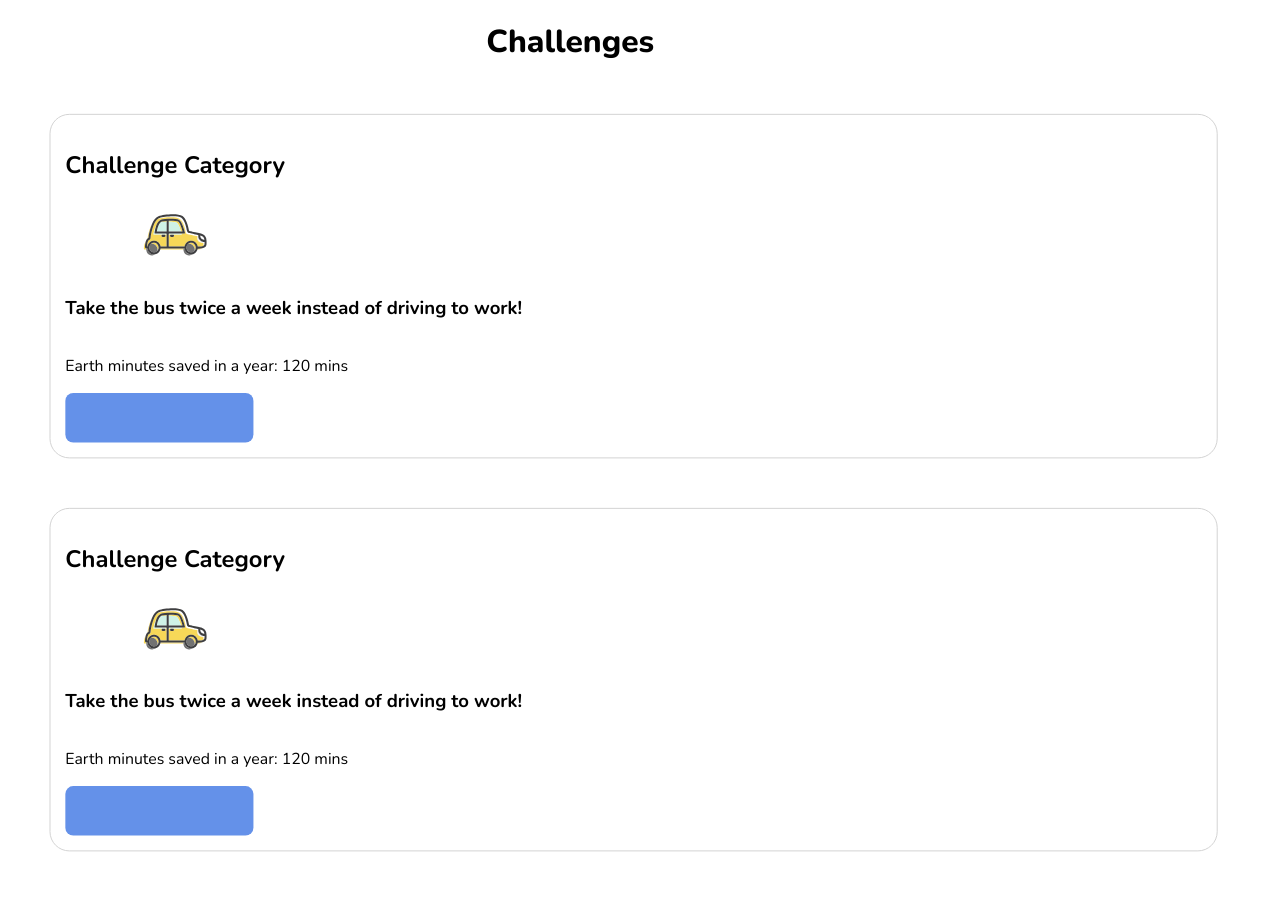
Repository: cho196/Timearth
Page: /challenges
These files come from the project's save history. The page is drawn as it stood at one moment and after the next save; the edit follows.
The browser window is 1280 px wide. The pictures show the whole page, at 99% of full size.
The project was rebuilt for these pictures with package versions that can differ from the ones it lists, and the page was loaded fresh each time. The framework's server and built-in components were replaced by stand-ins that run in the browser. Also part of the build but not shown: next.config.js.

Above is the page before, as saved 2022-04-11 14:44:34.

### pages/challenges.js
import ChallengeCont from "../comps/Challenge_cont";

export default function Challenges() {
    return <div>
        <h1>Challenges</h1>
        <ChallengeCont></ChallengeCont>
        <ChallengeCont></ChallengeCont>
        </div>
}

### styles/globals.css
@import url('https://fonts.googleapis.com/css2?family=Nunito:wght@400;500;600;700;800&display=swap');

html,
body {
  padding: 0;
  margin: 0;
  font-family: 'Nunito', sans-serif;
  text-align: center;
}

a {
  color: inherit;
  text-decoration: none;
}

* {
  box-sizing: border-box;
}

h1 {
    font-weight: 800;
    font-size: 32px;
    line-height: 44px;
    width: 90%;
}

h4 {
    font-weight: 400;
    font-size: 18px;
    line-height: 25px;
    margin-top: 0;
    width: 90%;
}

button {
    font-family: 'Nunito', sans-serif;
    border: none;
    font-style: normal;
    cursor: pointer;
}

.logomark {
    width: 12em;
    height: 12em;
    margin-top: 2em;
}

.background-shape {
    position: absolute;
    bottom: 0;
    height: 30%;
    width: 100%;
    border-radius: 50% 50% 0 0;
    background-color: #6B97ED;
    z-index: -1;
}

.section-selection {
    display: flex;
    flex-wrap: wrap;
    justify-content: center;
}

@media only screen and (max-width: 600px) and (max-height: 750px){
    .logomark {
        width: 10em;
        height: 10em;
        margin-top: 0.5em;
    }

    h1 {
        font-size: 24px;
    }

    h4 {
        font-size: 16px;
    }

}

### comps/Challenge_cont.js
import { useRouter } from "next/router";
import styled from 'styled-components';
import { cat1, cat2, cat3, cat4, cat5, cat6 } from "../data/intro_content";
import { SecondaryButton } from "./Button";


const Challenge_cont = styled.div`
border:1px solid lightgrey;
border-radius:20px;
display:flex;
flex-direction:column;
align-items:flex-start;
margin:50px;
padding:15px;
`


export default function ChallengeCont() {
    return <Challenge_cont>
        <div class="row">
        <h2>Challenge Category</h2>
        <img src={cat1.img} />
        </div>
        <h3>Take the bus twice a week instead of driving to work!</h3>
        <p>Earth minutes saved in a year: 120 mins</p>
        <SecondaryButton></SecondaryButton>
    </Challenge_cont>
}

### data/intro_content.js
export const PageTitle ="Let’s Start!"

export const cat1 = {
    title: "Transportation",
    img: "/transportation.svg"
}

export const cat2 = {
    title: "Food",
    img: "/food.svg"
}

export const cat3 = {
    title: "Water",
    img: "/water.svg"
}

export const cat4 = {
    title: "Electricity",
    img: "/electricity.svg"
}

export const cat5 = {
    title: "Waste",
    img: "/waste.svg"
}

export const cat6 = {
    title: "Shopping",
    img: "/shopping.svg"
}

### comps/Button.js
import { BtnStyle, BtnText, TextBtnStyle } from "../data/index_content"
import { useRouter } from "next/router";
import styled from 'styled-components';

const Button = styled.button`
    background-color: ${props => BtnStyle[props.BtnStyle].bgcolor};
    color: ${props => BtnStyle[props.BtnStyle].txtcolor};
    font-weight: 700;
    font-size: 20px;
    line-height: 27px;
    border-radius: 8px;
    width: 190px;
    height: 50px;
    bottom: 15.88%;
    position: absolute;
`
const TextButton = styled.div`
    display: flex;
    position: absolute;
    font-style: normal;
    font-weight: 700;
    font-size: 18px;
    line-height: 25px;
    cursor: pointer;
    left: ${props => TextBtnStyle[props.TextBtnStyle].left};
    right: ${props => TextBtnStyle[props.TextBtnStyle].right};
    top: 45px;
    color: ${props => TextBtnStyle[props.TextBtnStyle].color}
`
const StartButton = styled.button`
    background-color: ${props => BtnStyle[props.BtnStyle].bgcolor};
    color: ${props => BtnStyle[props.BtnStyle].txtcolor};
    font-weight: 700;
    font-size: 20px;
    line-height: 27px;
    border-radius: 8px;
    width: 190px;
    height: 50px;
`

export function BackButton() {
    const r = useRouter();

    return <TextButton
        TextBtnStyle="back"
        onClick={
            () => {
                r.replace(
                    {
                        pathname: "/intro"
                    }
                )
            }
        }>
        <img src ="../chevronleft.svg"></img>
        {BtnText.back}
    </TextButton>
}

export function SkipButton() {
    // const r = useRouter();

    return <TextButton
        TextBtnStyle = "skip">
        {BtnText.skip}
    </TextButton>
}

export function CTAButton() {
    const r = useRouter();

    return <Button
        BtnStyle="white"
        onClick={
            () => {
                r.replace(
                    {
                        pathname: "/intro"
                    }
                )
            }
        }
    >{BtnText.index}
    </Button>
}

export function PrimaryButton() {
    const r = useRouter();
    return <Button
        BtnStyle="orange"
        onClick={
            () => {
                r.replace(
                    {
                        pathname: "/questions"
                    }
                )
            }
        }
    >{BtnText.intro}
    </Button>
}

export function NextButton() {
    const r = useRouter();

    return <Button
        BtnStyle="white"
        onClick={
            () => {
                r.replace(
                    {
                        pathname: "/intro"
                    }
                )
            }
        }
    >{BtnText.next}
    </Button>
}

export function SecondaryButton() {
    const r = useRouter();

    return <StartButton
        BtnStyle="blue"
        onClick={
            () => {
                r.replace(
                    {
                        pathname: "./"
                    }
                )
            }
        }
    >{BtnText.start}
    </StartButton>
}

### data/index_content.js
export const PageTitle = "It’s time to log your changes!";

export const TextBtnStyle = {
    back: {
        color: "#000000",
        left: "14px"

    },

    skip: {
        color: "#BFBFBF",
        right: "30px"
    }
}

export const BtnStyle = {
    blue: {
        bgcolor: "#6491E9",
        txtcolor: "#FFFFFF"
    },

    orange: {
        bgcolor: "#FF9042",
        txtcolor: "#FFFFFF"
    },

    white: {
        bgcolor: "#FFFFFF",
        txtcolor: "#000000"
    },

    inactive: {
        bgcolor: "#DADADA",
        txtcolor: "#FFFFFF"
    }
}

export const BtnText = {
    index: "Get Started",
    intro: "Start Logging",
    next: "Next",
    back: "Back",
    skip: "Skip"
}

Loaded but not shown: pages/_app.js (common file)

After the next save:
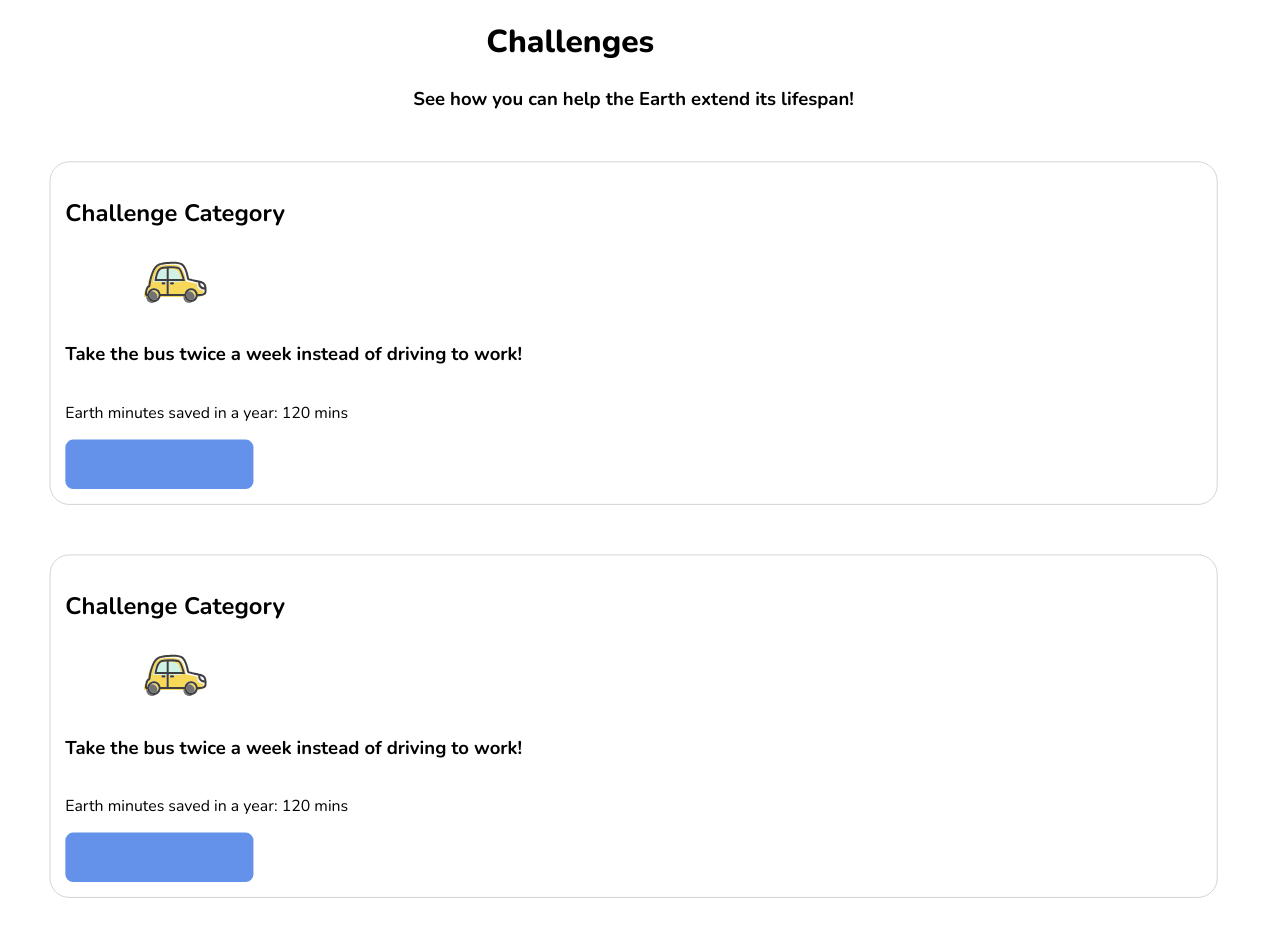
Saved 32 s later.
--- a/pages/challenges.js
+++ b/pages/challenges.js
@@ -3,6 +3,8 @@ import ChallengeCont from "../comps/Challenge_cont";
 export default function Challenges() {
     return <div>
         <h1>Challenges</h1>
+        <h3>See how you can help the Earth
+extend its lifespan!</h3>
         <ChallengeCont></ChallengeCont>
         <ChallengeCont></ChallengeCont>
         </div>
